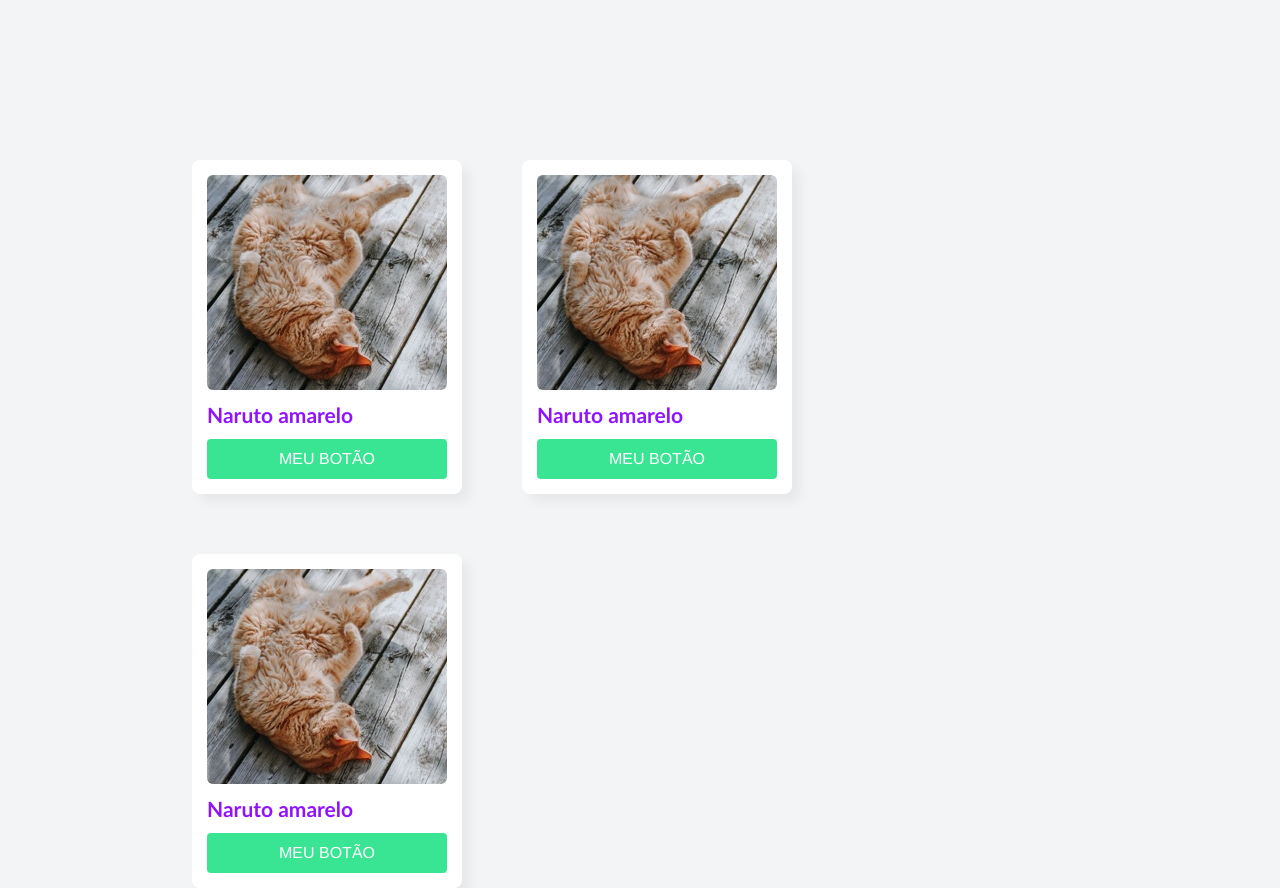
Repository: alessandradiamantino/Curso-Front-End-Design
Page: 1 - Introdução ao HTML e CSS/2 - Exercício CSS/01/codesignerspro-arquivos-exercicio-css-02/codesignerspro-arquivos-exercicio-css-02/index.html
These files come from the project's save history. The page is drawn as it stood at one moment and after a run of saves; the edit follows.
The browser window is 1280 px wide. The pictures show the whole page.

Above is the page before, as saved 2023-04-22 09:49:15.

### 1 - Introdução ao HTML e CSS/2 - Exercício CSS/01/codesignerspro-arquivos-exercicio-css-02/codesignerspro-arquivos-exercicio-css-02/index.html
<!DOCTYPE html>
<html lang="pt-br">

<head>
  <meta charset="UTF-8">
  <meta name="viewport" content="width=device-width, initial-scale=1.0">
  <meta http-equiv="X-UA-Compatible" content="ie=edge">
  <title>Exercício CSS 02</title>
  <link rel="stylesheet" type="text/css" href="css/style.css" />
</head>

<body>
  <main>
  <div class="card-container">
    <div class="card">
      <img src="images/gato-01.jpg"
        alt="gato deitado"
        title="gatinho"
        class="card-image"
      />
      <div class="card-body">
        <h1>Naruto amarelo</h1>
    </div>
    <div class="card-footer">
     <a href="https://web.whatsapp.com/" class="btn">Meu Botão</a>
    </div>
  </div>
</div>

<div class="card-container">
  <div class="card">
    <img src="images/gato-01.jpg"
      alt="gato deitado"
      title="gatinho"
      class="card-image"
    />
    <div class="card-body">
      <h1>Naruto amarelo</h1>
  </div>
  <div class="card-footer">
   <a href="https://web.whatsapp.com/" class="btn">Meu Botão</a>
  </div>
</div>
</div>

<div class="card-container">
  <div class="card">
    <img src="images/gato-01.jpg"
      alt="gato deitado"
      title="gatinho"
      class="card-image"
    />
    <div class="card-body">
      <h1>Naruto amarelo</h1>
  </div>
  <div class="card-footer">
   <a href="https://web.whatsapp.com/" class="btn">Meu Botão</a>
  </div>
</div>
</div>
  </main>
</body>

</html>

### 1 - Introdução ao HTML e CSS/2 - Exercício CSS/01/codesignerspro-arquivos-exercicio-css-02/codesignerspro-arquivos-exercicio-css-02/css/style.css
body{
  background-color: #f2f4f5;
  margin: 0;
}
main {
  width: 70%;
  display: table;
  margin: 100px auto 0 auto;
}
.card-container {
  width: 270px;
  display: table;
  float: left;
  margin: 60px 60px 0 0;
}

.card {
  width: 100%;
  display: table;
  background-color: #fff;
  border-radius: 8px;
  box-shadow: 8px 8px 12px rgba(0, 0, 0, 0.05);
  padding: 15px;
  box-sizing: border-box;
}

.card .card-image {
  width: 100%;
  max-width: 100%;
  height: auto;
  border-radius: 6px;
  display: block;
}

.card .card-body {
  width: 100%;
  display: table;
  margin-top: 13px;
}

.card .card-body h1 {
  font-family:'Gill Sans', 'Gill Sans MT', Calibri, 'Trebuchet MS', sans-serif;
  font-size: 21px;
  font-weight: 800;
  line-height: 24px;
  color: #9013fe;
  margin: 0;
}

.card .card-footer {
  width: 100%;
  display: table;
}

.card .card-footer .btn {
  width: 100%;
}
/* botões */

.btn {
  width: auto;
  height: 40px;
  display: inline-block;
  background-color: #39e493;
  color: #fff;
  font-family:'Franklin Gothic Medium', 'Arial Narrow', Arial, sans-serif;
  font-size: 16px;
  text-transform: uppercase;
  line-height: 40px;
  text-decoration: none;
  text-align: center;
  border-radius: 2px;
  margin-top: 12px;
  padding: 0 30px;
  border-radius: 4px;
  box-sizing: border-box;
}

After the next 2 saves:
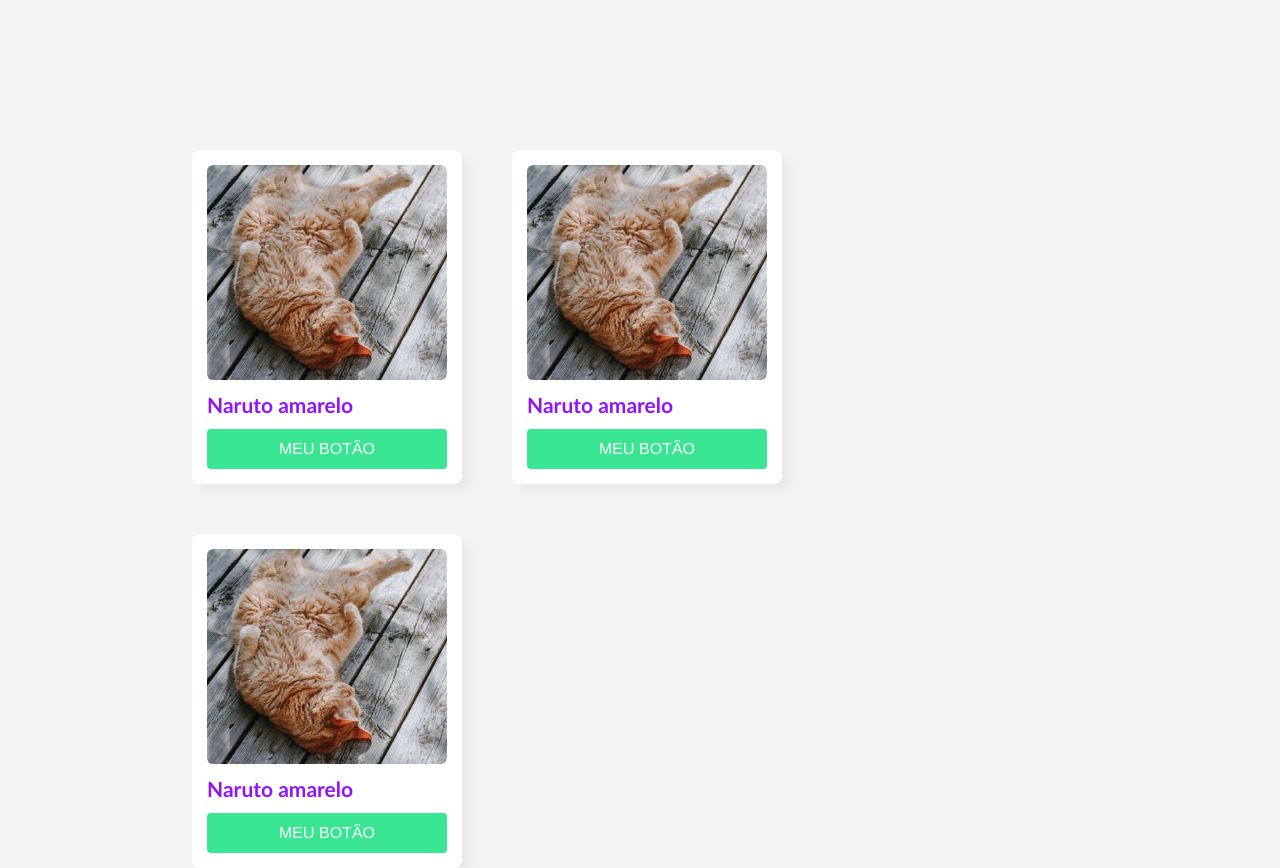
The 2 saves are shown as one change because they came seconds apart.
The last was saved 71 s later.
--- a/1 - Introdução ao HTML e CSS/2 - Exercício CSS/01/codesignerspro-arquivos-exercicio-css-02/codesignerspro-arquivos-exercicio-css-02/css/style.css
+++ b/1 - Introdução ao HTML e CSS/2 - Exercício CSS/01/codesignerspro-arquivos-exercicio-css-02/codesignerspro-arquivos-exercicio-css-02/css/style.css
@@ -11,7 +11,7 @@ main {
   width: 270px;
   display: table;
   float: left;
-  margin: 60px 60px 0 0;
+  margin: 50px 50px 0 0;
 }
 
 .card {
